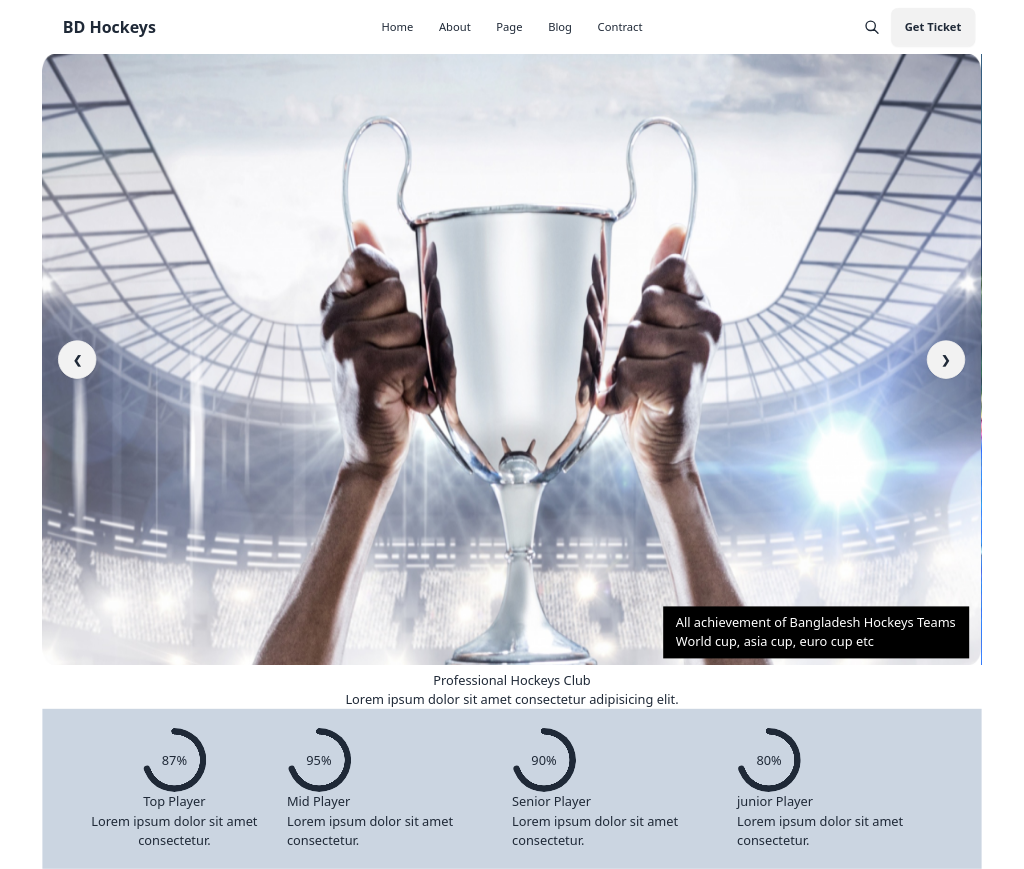
Repository: sumonkumarsarkar/bd-hockeys-team
Page: index.html
These files come from the project's save history. The page is drawn as it stood at one moment and after the next save; the edit follows.
The browser window is 1280 px wide. The pictures show the whole page, at 80% of full size.
Some web libraries are served in a nearby version.

Above is the page before, as saved 2024-01-23 12:34:35.

After the next save:
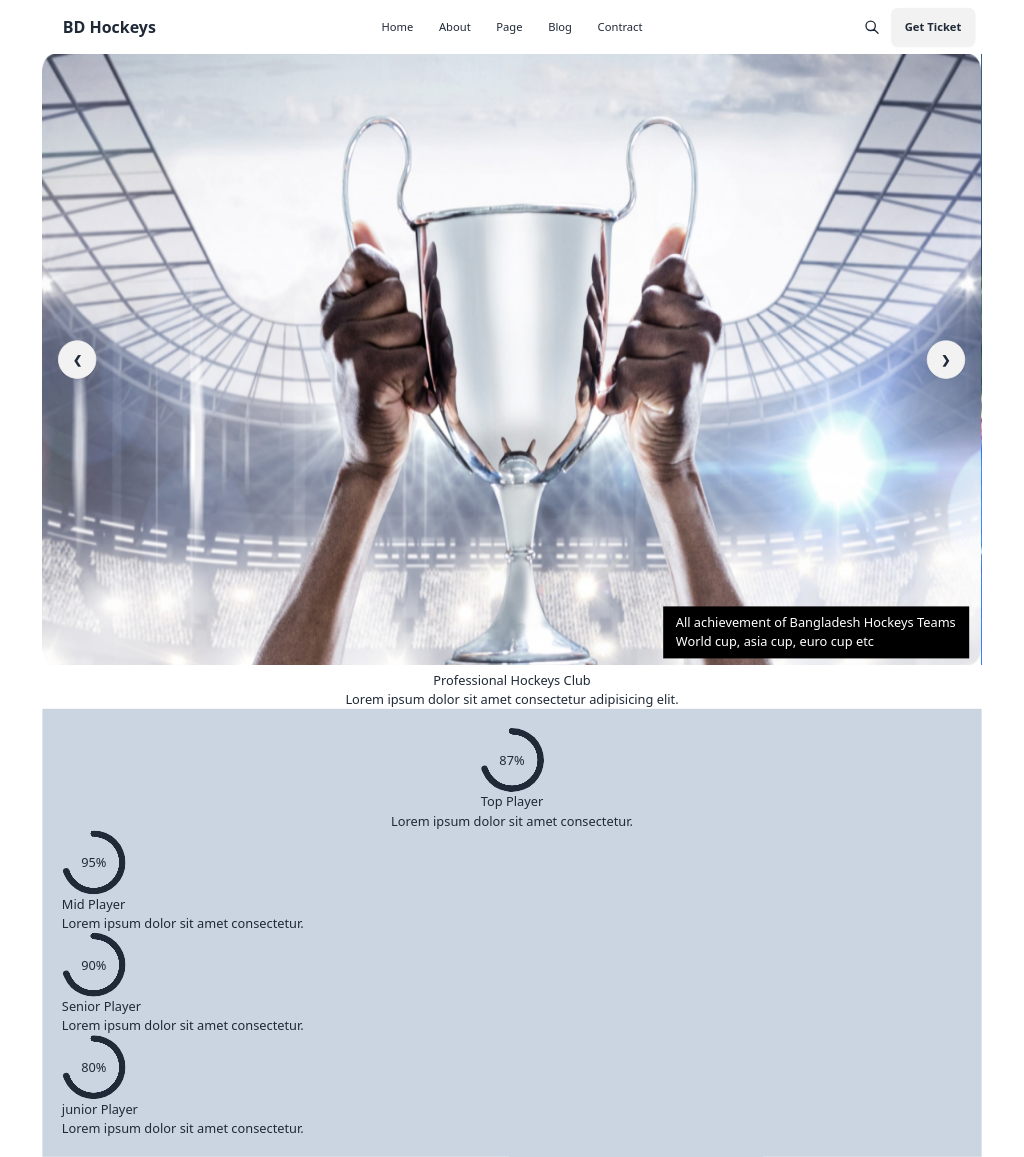
Saved 2 min 2 s later.
--- a/index.html
+++ b/index.html
@@ -111,7 +111,7 @@
 
        <!-- card  -->
 
-       <div class="flex justify-between bg-slate-300 p-6">
+       <div class="flex flex-row lg:flex-col justify-between bg-slate-300 p-6">
         <div class="text-center">
          <div class="radial-progress" style="--value:70;" role="progressbar">87%</div>
          <h3>Top Player</h3>

After the save that followed:
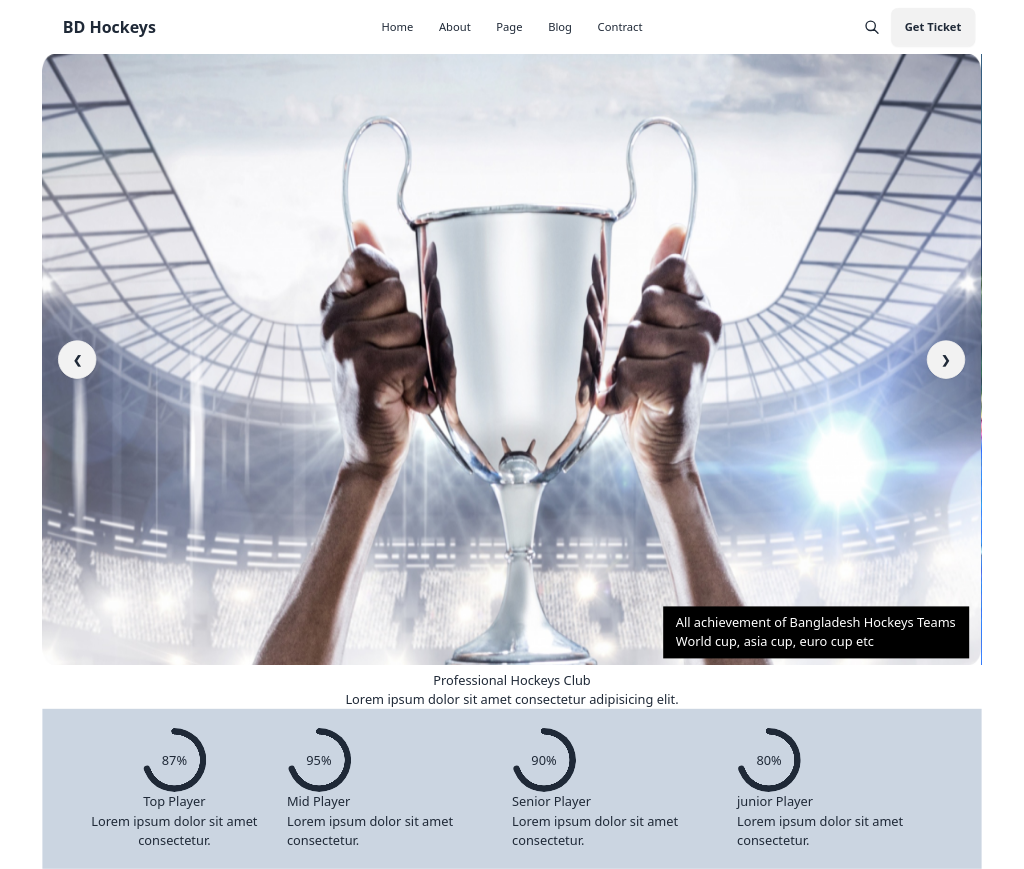
Saved 119 s later.
--- a/index.html
+++ b/index.html
@@ -111,7 +111,7 @@
 
        <!-- card  -->
 
-       <div class="flex flex-row lg:flex-col justify-between bg-slate-300 p-6">
+       <div class="flex flex-col lg:flex-row justify-between bg-slate-300 p-6">
         <div class="text-center">
          <div class="radial-progress" style="--value:70;" role="progressbar">87%</div>
          <h3>Top Player</h3>
